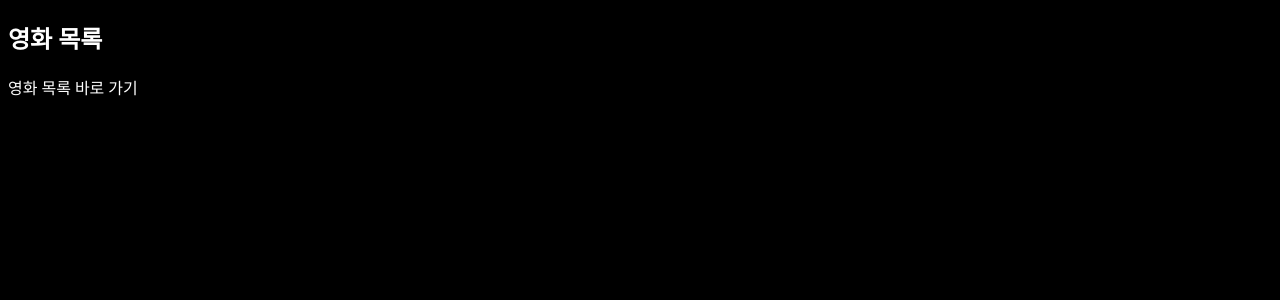
Repository: shinymusket/ideal-memory2
Page: homework10/WebContent/index.html
The author's editor kept a copy of each file at every save. The page is drawn from the files as they stood at one save, then again after the next save.
The browser window is 1280 px wide. The pictures show the whole page.

Above is the page before, as saved 2022-06-17 08:25:52.

### homework10/WebContent/index.html
<!DOCTYPE html>
<html>
<head>
<meta charset="UTF-8">
<title>Insert title here</title>
<link type="text/css" href="style/movie.css" rel="stylesheet">
</head>
<body>
	<div id="wrap"></div>
	<h2>영화 목록</h2>
	<a href="MLS">영화 목록 바로 가기</a>
</body>
</html>

### homework10/WebContent/style/movie.css
@charset "UTF-8";

#wrap {
	width: 971px;
	margin: 0 auto; /* 1024X768 해상도 */
}

body {
	background-color : black;
	color : white;
}

a {
	color : white;
}

table {
	width: 100%;
	border-collapse: collapse;
	font-size: 12px;
	line-height: 24px;
	text-align: center;
}

td, th {
	border: solid 1px #d3d3d3;
	padding: 5px;
}
th {
	background-color: yellowgreen;
}
img {
	width: 220px;
	height : 300px;
}
a {
	text-decoration: none;
	color: white;
}
a:hover {
	text-decoration: underLine;
	color: red;
}

After the next save:
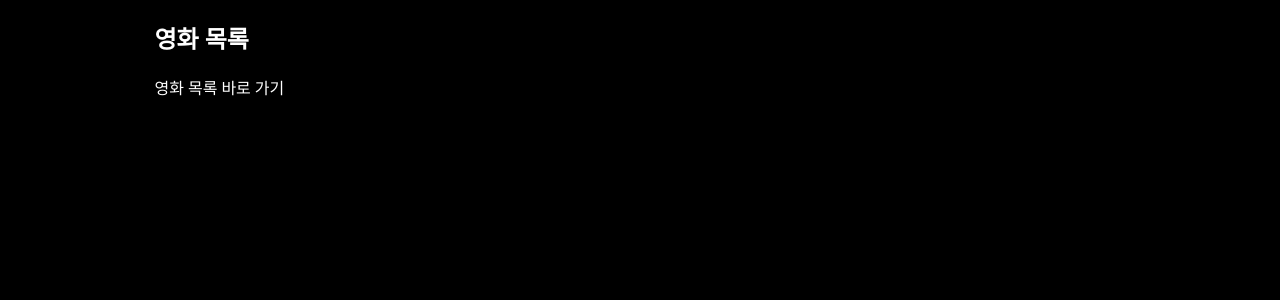
Saved 6 s later.
--- a/homework10/WebContent/index.html
+++ b/homework10/WebContent/index.html
@@ -6,8 +6,9 @@
 <link type="text/css" href="style/movie.css" rel="stylesheet">
 </head>
 <body>
-	<div id="wrap"></div>
-	<h2>영화 목록</h2>
-	<a href="MLS">영화 목록 바로 가기</a>
+	<div id="wrap">
+		<h2>영화 목록</h2>
+		<a href="MLS">영화 목록 바로 가기</a>
+	</div>
 </body>
 </html>
